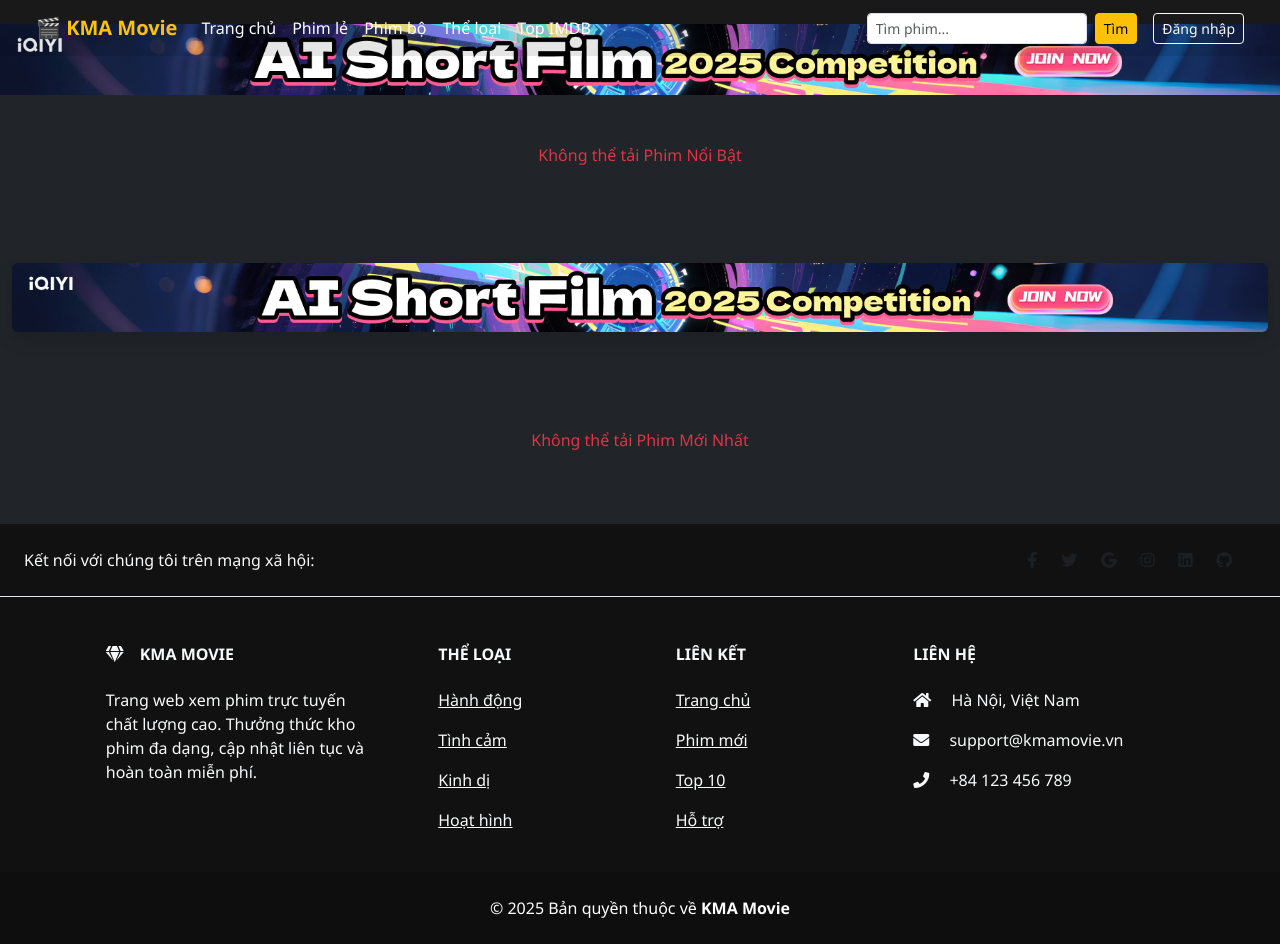
Repository: takagi2004/KMA_Nhom27_TTCS_WebXemFilm_FonEnd
Page: /
An editor plug-in stored every save of this project. The page is shown before and after the next save, followed by the edit.
The browser window is 1280 px wide. The pictures show the whole page.
The page's requests for data from a server got no answer. The project was rebuilt for these pictures with package versions that can differ from the ones it lists, and the page was loaded fresh each time. No one was signed in, and anything a server would have sent is missing. Also part of the build but not shown: src/layout/danhsachphim/Props/PhimCard.tsx.

Above is the page before, as saved 2025-08-07 00:59:14.

### public/index.html
<!DOCTYPE html>
<html lang="en">
  <head>
    <meta charset="utf-8" />
    <link rel="icon" href="%PUBLIC_URL%/favicon.ico" />
    <meta name="viewport" content="width=device-width, initial-scale=1" />
    <meta name="theme-color" content="#000000" />
    <meta
      name="description"
      content="Web site created using create-react-app"
    />
    <link rel="apple-touch-icon" href="%PUBLIC_URL%/logo192.png" />
    <!--
      manifest.json provides metadata used when your web app is installed on a
      user's mobile device or desktop. See https://developers.google.com/web/fundamentals/web-app-manifest/
    -->
    <link rel="manifest" href="%PUBLIC_URL%/manifest.json" />
    <!--
      Notice the use of %PUBLIC_URL% in the tags above.
      It will be replaced with the URL of the `public` folder during the build.
      Only files inside the `public` folder can be referenced from the HTML.

      Unlike "/favicon.ico" or "favicon.ico", "%PUBLIC_URL%/favicon.ico" will
      work correctly both with client-side routing and a non-root public URL.
      Learn how to configure a non-root public URL by running `npm run build`.
    -->
    <link href="https://cdn.jsdelivr.net/npm/bootstrap@5.3.7/dist/css/bootstrap.min.css" rel="stylesheet" integrity="sha384-LN+7fdVzj6u52u30Kp6M/trliBMCMKTyK833zpbD+pXdCLuTusPj697FH4R/5mcr" crossorigin="anonymous">
    <link rel="stylesheet" href="https://cdnjs.cloudflare.com/ajax/libs/font-awesome/5.15.3/css/all.min.css">
    <title>Xem Phim Hay,Mới Nhất Tại Phimmoi.com</title>
  </head>
  <body>
    <noscript>You need to enable JavaScript to run this app.</noscript>
    <div id="root"></div>
    <!--
      This HTML file is a template.
      If you open it directly in the browser, you will see an empty page.

      You can add webfonts, meta tags, or analytics to this file.
      The build step will place the bundled scripts into the <body> tag.

      To begin the development, run `npm start` or `yarn start`.
      To create a production bundle, use `npm run build` or `yarn build`.
    -->
    <script src="https://cdn.jsdelivr.net/npm/bootstrap@5.3.7/dist/js/bootstrap.bundle.min.js" integrity="sha384-ndDqU0Gzau9qJ1lfW4pNLlhNTkCfHzAVBReH9diLvGRem5+R9g2FzA8ZGN954O5Q" crossorigin="anonymous"></script>
  </body>
</html>

### src/App.tsx
import React from 'react';
import './App.css';
import Hompage from './layout/Hompage';

function App() {
  return (
    <div className="App">
       <Hompage />
    </div>
  );
}

export default App;

### src/layout/Hompage.tsx
import DanhSachPhim from "./danhsachphim/DanhSachPhim";
import Footer from "./header/foode-narbar-carosel/Footer";
import Header from "./header/Header";
import React from "react";
function Hompage() {
  return (
    <div className="App">
       <Header />
       <Footer />
    </div>
  );
}

export default Hompage;

### src/layout/header/foode-narbar-carosel/Footer.tsx
import React from "react";

/**
 * Footer cho trang web xem phim
 * - Responsive đầy đủ (mobile, tablet, desktop)
 * - Có phần mạng xã hội + liên hệ + link nhanh
 * - Thiết kế nền tối phù hợp trang xem phim
 */
const Footer: React.FC = () => {
  return (
    <footer className="text-center text-lg-start text-muted" style={{ backgroundColor: "#111" }}>
      {/* ====================== MẠNG XÃ HỘI ====================== */}
      <section className="d-flex justify-content-center justify-content-lg-between p-4 border-bottom">
        {/* Bên trái - chỉ hiện trên màn hình lớn */}
        <div className="me-5 d-none d-lg-block text-light">
          <span>Kết nối với chúng tôi trên mạng xã hội:</span>
        </div>

        {/* Bên phải - icon mạng xã hội */}
        <div>
          <a href="#" className="me-4 text-reset text-light"><i className="fab fa-facebook-f"></i></a>
          <a href="#" className="me-4 text-reset text-light"><i className="fab fa-twitter"></i></a>
          <a href="#" className="me-4 text-reset text-light"><i className="fab fa-google"></i></a>
          <a href="#" className="me-4 text-reset text-light"><i className="fab fa-instagram"></i></a>
          <a href="#" className="me-4 text-reset text-light"><i className="fab fa-linkedin"></i></a>
          <a href="#" className="me-4 text-reset text-light"><i className="fab fa-github"></i></a>
        </div>
      </section>

      {/* ====================== LIÊN KẾT NHANH ====================== */}
      <section>
        <div className="container text-center text-md-start mt-5 text-light">
          <div className="row mt-3">
            {/* Cột 1 - Giới thiệu */}
            <div className="col-md-3 col-lg-4 col-xl-3 mx-auto mb-4">
              <h6 className="text-uppercase fw-bold mb-4">
                <i className="fas fa-gem me-3"></i>KMA Movie
              </h6>
              <p>
                Trang web xem phim trực tuyến chất lượng cao.
                Thưởng thức kho phim đa dạng, cập nhật liên tục và hoàn toàn miễn phí.
              </p>
            </div>

            {/* Cột 2 - Thể loại */}
            <div className="col-md-2 col-lg-2 col-xl-2 mx-auto mb-4">
              <h6 className="text-uppercase fw-bold mb-4">Thể loại</h6>
              <p><a href="#" className="text-reset">Hành động</a></p>
              <p><a href="#" className="text-reset">Tình cảm</a></p>
              <p><a href="#" className="text-reset">Kinh dị</a></p>
              <p><a href="#" className="text-reset">Hoạt hình</a></p>
            </div>

            {/* Cột 3 - Liên kết hữu ích */}
            <div className="col-md-3 col-lg-2 col-xl-2 mx-auto mb-4">
              <h6 className="text-uppercase fw-bold mb-4">Liên kết</h6>
              <p><a href="#" className="text-reset">Trang chủ</a></p>
              <p><a href="#" className="text-reset">Phim mới</a></p>
              <p><a href="#" className="text-reset">Top 10</a></p>
              <p><a href="#" className="text-reset">Hỗ trợ</a></p>
            </div>

            {/* Cột 4 - Liên hệ */}
            <div className="col-md-4 col-lg-3 col-xl-3 mx-auto mb-md-0 mb-4">
              <h6 className="text-uppercase fw-bold mb-4">Liên hệ</h6>
              <p><i className="fas fa-home me-3"></i> Hà Nội, Việt Nam</p>
              <p><i className="fas fa-envelope me-3"></i> support@kmamovie.vn</p>
              <p><i className="fas fa-phone me-3"></i> +84 123 456 789</p>
            </div>
          </div>
        </div>
      </section>

      {/* ====================== COPYRIGHT ====================== */}
      <div
        className="text-center p-4"
        style={{ backgroundColor: "rgba(0, 0, 0, 0.2)", color: "#fff" }}
      >
        © 2025 Bản quyền thuộc về <strong>KMA Movie</strong>
      </div>
    </footer>
  );
};

export default Footer;

### src/layout/header/Header.tsx
import React from "react";
import Navbar from "./foode-narbar-carosel/Narbar";
import Carousel from "./foode-narbar-carosel/Carousel";
import DanhSachPhim from "../danhsachphim/DanhSachPhim";
import { PhimAPI } from "../../api/PhimAPI";
import BannerMid from "../../anh/banne.jpg";

const Header: React.FC = () => {
  return (
    <div className="bg-dark">
      {/* ================== NAVBAR ================== */}
      <Navbar />

      {/* ================== BANNER GIỮA ================== */}
      <div className="w-100 my-4">
        <img
          src={BannerMid}
          alt="Banner giữa"
          className="img-fluid w-100"
          style={{ maxHeight: "250px", objectFit: "cover" }}
        />
      </div>

      {/* ================== DANH SÁCH PHIM ================== */}
      <main className="container-fluid d-flex flex-column gap-5 pb-5">
          {/* Danh sách 1 */}
          <DanhSachPhim
            title="Phim Nổi Bật"
            fetchApi={() => PhimAPI.getPhimNoiBat(30)}
          />

          {/* ✅ Banner giữa hai danh sách phim */}
          <div className="my-4">
            <img
              src={BannerMid}
              alt="Banner giữa danh sách phim"
              className="img-fluid w-100 rounded shadow"
              style={{ maxHeight: "250px", objectFit: "cover" }}
            />
          </div>

          {/* Danh sách 2 */}
          <DanhSachPhim
            title="Phim Mới Nhất"
            fetchApi={() => PhimAPI.getPhimMoiNhat(20)}
          />
        </main>

    </div>
  );
};

export default Header;

### src/layout/header/foode-narbar-carosel/Narbar.tsx
import React, { useEffect, useState } from "react";
import "./../../../App.css";

const Navbar: React.FC = () => {
  const [scrolled, setScrolled] = useState(false);

  // Theo dõi sự kiện scroll để đổi trạng thái navbar
  useEffect(() => {
    const handleScroll = () => {
      if (window.scrollY > 50) {
        setScrolled(true);
      } else {
        setScrolled(false);
      }
    };

    window.addEventListener("scroll", handleScroll);
    return () => {
      window.removeEventListener("scroll", handleScroll);
    };
  }, []);

  return (
    <nav
      className={`navbar navbar-expand-lg fixed-top px-4 ${
        scrolled ? "navbar-dark bg-dark shadow" : "navbar-dark bg-transparent"
      }`}
    >
      <div className="container-fluid">
        {/* Logo */}
        <a className="navbar-brand fw-bold text-warning" href="/">
          🎬 KMA Movie
        </a>

        {/* Menu icon mobile */}
        <button
          className="navbar-toggler"
          type="button"
          data-bs-toggle="collapse"
          data-bs-target="#navbarMovie"
          aria-controls="navbarMovie"
          aria-expanded="false"
          aria-label="Toggle navigation"
        >
          <span className="navbar-toggler-icon"></span>
        </button>

        {/* Menu */}
        <div className="collapse navbar-collapse" id="navbarMovie">
          <ul className="navbar-nav me-auto mb-2 mb-lg-0">
            <li className="nav-item"><a className="nav-link active" href="/">Trang chủ</a></li>
            <li className="nav-item"><a className="nav-link" href="/phim-le">Phim lẻ</a></li>
            <li className="nav-item"><a className="nav-link" href="/phim-bo">Phim bộ</a></li>
            <li className="nav-item"><a className="nav-link" href="/the-loai">Thể loại</a></li>
            <li className="nav-item"><a className="nav-link" href="/top-imdb">Top IMDB</a></li>
          </ul>

          {/* Search */}
          <form className="d-flex me-3">
            <input
              className="form-control form-control-sm me-2"
              type="search"
              placeholder="Tìm phim..."
            />
            <button className="btn btn-sm btn-warning" type="submit">
              Tìm
            </button>
          </form>

          {/* Icon user */}
          <a className="btn btn-outline-light btn-sm">Đăng nhập</a>
        </div>
      </div>
    </nav>
  );
};

export default Navbar;

### src/layout/danhsachphim/DanhSachPhim.tsx
import React, { useEffect, useState } from "react";
import Slider from "react-slick";
import PhimModel from "../../model/PhimModel";
import PhimCard from "./Props/PhimCard";
import "slick-carousel/slick/slick.css";
import "slick-carousel/slick/slick-theme.css";

interface DanhSachPhimProps {
  title: string;
  fetchApi: () => Promise<PhimModel[]>;
  slidesToShow?: number;
}

const DanhSachPhim: React.FC<DanhSachPhimProps> = ({ title, fetchApi, slidesToShow = 8 }) => {
  const [phimList, setPhimList] = useState<PhimModel[]>([]);
  const [loading, setLoading] = useState(true);
  const [error, setError] = useState<string | null>(null);

  useEffect(() => {
    fetchApi()
      .then((data) => {
        setPhimList(data);
        setLoading(false);
      })
      .catch(() => {
        setError(`Không thể tải ${title}`);
        setLoading(false);
      });
  }, [fetchApi, title]);

  if (loading) return <div className="text-light p-4">Đang tải {title}...</div>;
  if (error) return <div className="text-danger p-4">{error}</div>;

  const settings = {
    dots: false,
    infinite: false,
    speed: 500,
    slidesToShow,
    slidesToScroll: slidesToShow,
    arrows: true,
    responsive: [
      {
        breakpoint: 1200,
        settings: { slidesToShow: Math.min(4, slidesToShow), slidesToScroll: 4 },
      },
      {
        breakpoint: 768,
        settings: { slidesToShow: 2, slidesToScroll: 2 },
      },
    ],
  };

  return (
    <div className="danh-sach-phim-wrapper">
      <div className="danh-sach-phim-container">
        <h3 className="mb-4 text-light fw-bold ps-4 text-start">{title}</h3>
        <div className="px-4">
          <Slider {...settings}>
            {phimList.map((phim) => (
              <div key={phim.idPhim} className="px-2">
                <PhimCard phim={phim} />
              </div>
            ))}
          </Slider>
        </div>
      </div>
    </div>
  );
};

export default DanhSachPhim;

### src/api/PhimAPI.ts
import axios from "axios";
import PhimModel from "../model/PhimModel";

const API_BASE_URL = "http://localhost:8080/api/phim";

export const PhimAPI = {
    // 1. Lấy tất cả phim
    getAllPhim: async (): Promise<PhimModel[]> => {
        const response = await axios.get<PhimModel[]>(`${API_BASE_URL}/all`);
        return response.data;
    },

    // 2. Lấy top phim thịnh hành
    getTopThinhHanh: async (limit: number = 10): Promise<PhimModel[]> => {
        const response = await axios.get<PhimModel[]>(`${API_BASE_URL}/top?limit=${limit}`);
        return response.data;
    },

    // 3. Lấy phim nổi bật (cho carousel)
    getPhimNoiBat: async (limit: number = 5): Promise<PhimModel[]> => {
        const response = await axios.get<PhimModel[]>(`${API_BASE_URL}/noi-bat?limit=${limit}`);
        return response.data;
    },

    // 4. Lấy chi tiết 1 phim theo ID
    getPhimById: async (id: number): Promise<PhimModel> => {
        const response = await axios.get<PhimModel>(`${API_BASE_URL}/${id}`);
        return response.data;
    },

    // 5. (Optional) Tìm kiếm phim theo từ khóa
    searchPhim: async (keyword: string): Promise<PhimModel[]> => {
        const response = await axios.get<PhimModel[]>(`${API_BASE_URL}/search?keyword=${encodeURIComponent(keyword)}`);
        return response.data;
    },
    // 6. Lấy phim mới nhất
    getPhimMoiNhat: async (limit: number = 10): Promise<PhimModel[]> => {
        const response = await axios.get<PhimModel[]>(`${API_BASE_URL}/moi-nhat?limit=${limit}`);
        return response.data;
    }
};

Loaded but not shown: src/index.tsx (common file); src/index.css (common file); src/reportWebVitals.ts (common file); src/App.css (275 lines, source omitted)

After the next save:
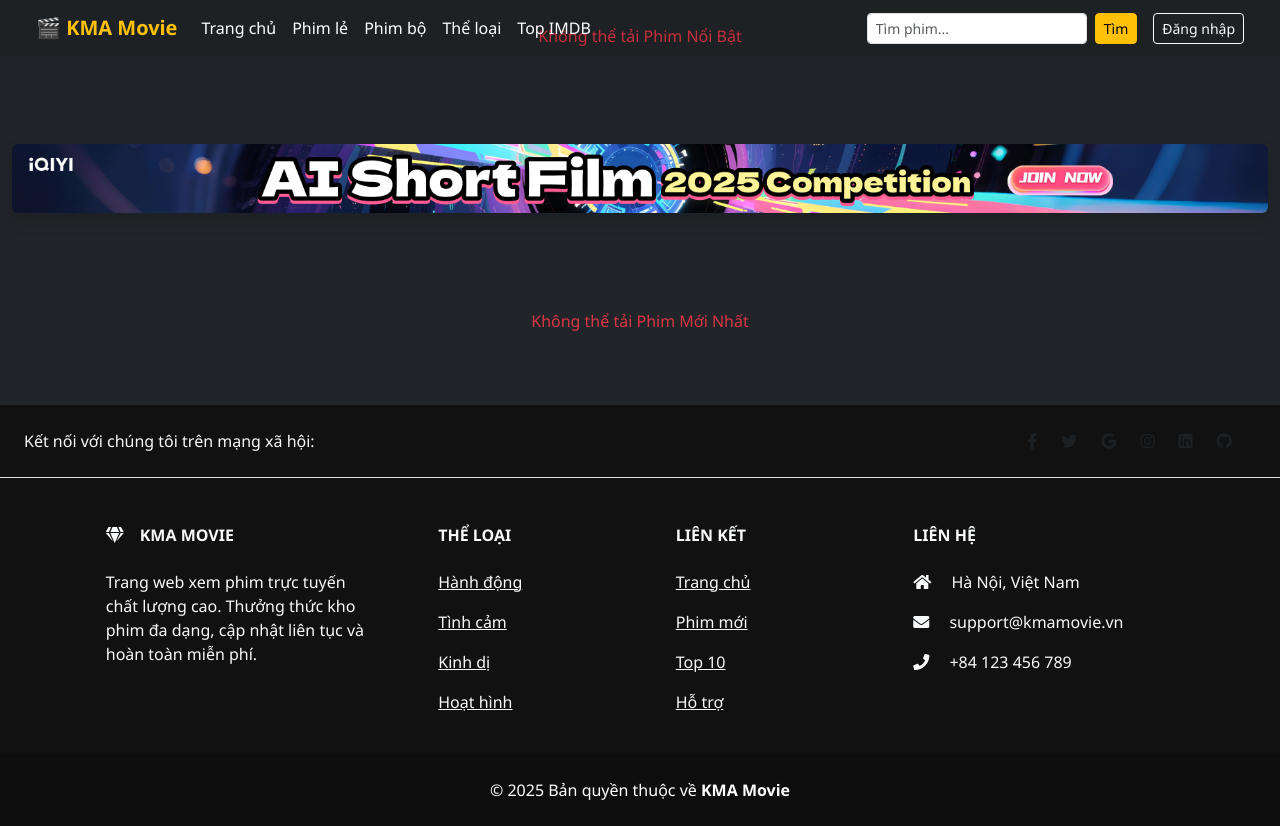
Saved 20 s later.
--- a/src/layout/header/Header.tsx
+++ b/src/layout/header/Header.tsx
@@ -12,14 +12,14 @@
       <Navbar />
 
       {/* ================== BANNER GIỮA ================== */}
-      <div className="w-100 my-4">
+      {/* <div className="w-100 my-4">
         <img
           src={BannerMid}
           alt="Banner giữa"
           className="img-fluid w-100"
           style={{ maxHeight: "250px", objectFit: "cover" }}
         />
-      </div>
+      </div> */}
 
       {/* ================== DANH SÁCH PHIM ================== */}
       <main className="container-fluid d-flex flex-column gap-5 pb-5">

After the save that followed:
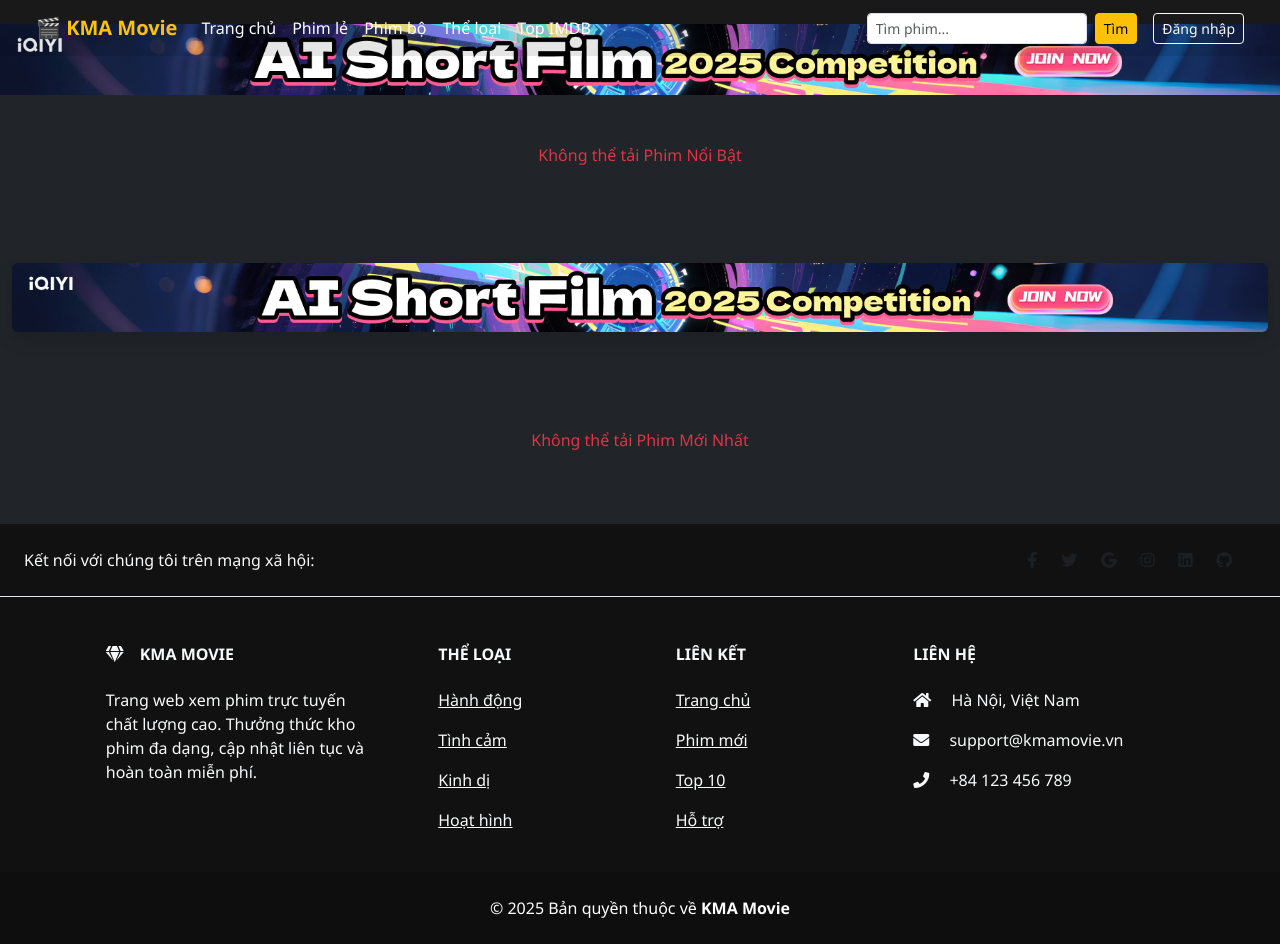
Saved 6 s later.
--- a/src/layout/header/Header.tsx
+++ b/src/layout/header/Header.tsx
@@ -12,14 +12,14 @@
       <Navbar />
 
       {/* ================== BANNER GIỮA ================== */}
-      {/* <div className="w-100 my-4">
+      <div className="w-100 my-4">
         <img
           src={BannerMid}
           alt="Banner giữa"
           className="img-fluid w-100"
           style={{ maxHeight: "250px", objectFit: "cover" }}
         />
-      </div> */}
+      </div>
 
       {/* ================== DANH SÁCH PHIM ================== */}
       <main className="container-fluid d-flex flex-column gap-5 pb-5">
